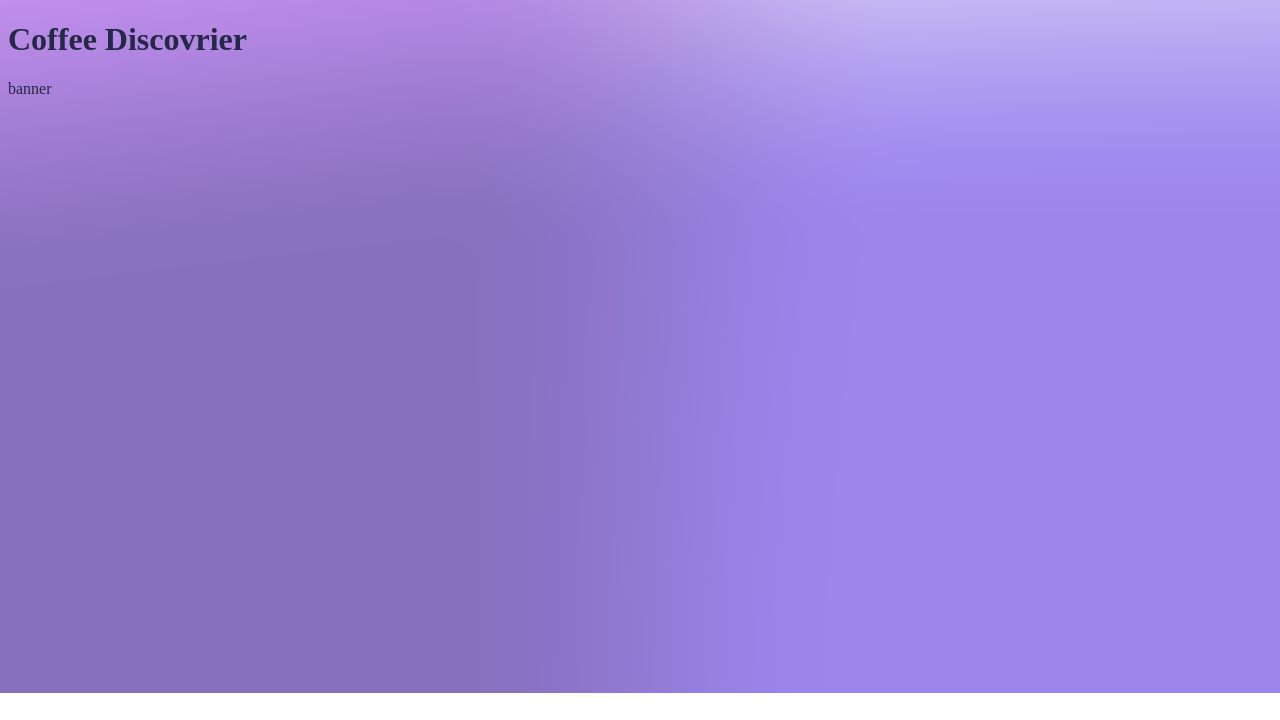
Repository: Tomiogunsan/Coffee-Discourier
Page: /
An editor plug-in stored every save of this project. The page is shown before and after a run of saves, followed by the edit.
The browser window is 1280 px wide. The pictures show the whole page.
The project was rebuilt for these pictures with package versions that can differ from the ones it lists, and the page was loaded fresh each time. The framework's server and built-in components were replaced by stand-ins that run in the browser. Also part of the build but not shown: next.config.js.

Above is the page before, as saved 2023-02-14 18:17:57.

After the next 3 saves:
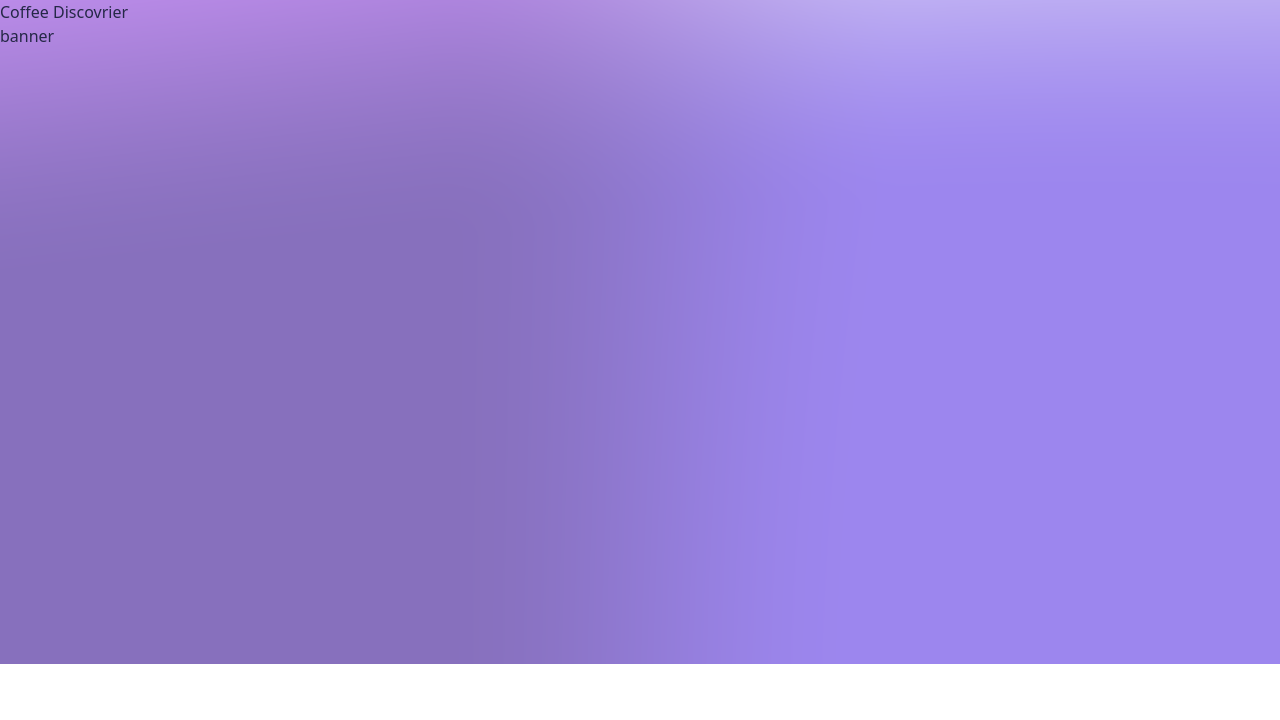
The 3 saves are shown as one change because they came seconds apart.
The last was saved 12 s later.
--- a/styles/globals.css
+++ b/styles/globals.css
@@ -10,13 +10,6 @@
   height: 100%;
 }
 
-a {
-  color: inherit;
-  text-decoration: none;
-}
-
-@media (prefers-color-scheme: dark) {
-  html {
-    color-scheme: dark;
-  }
-}
+@tailwind base;
+@tailwind components;
+@tailwind utilities;
